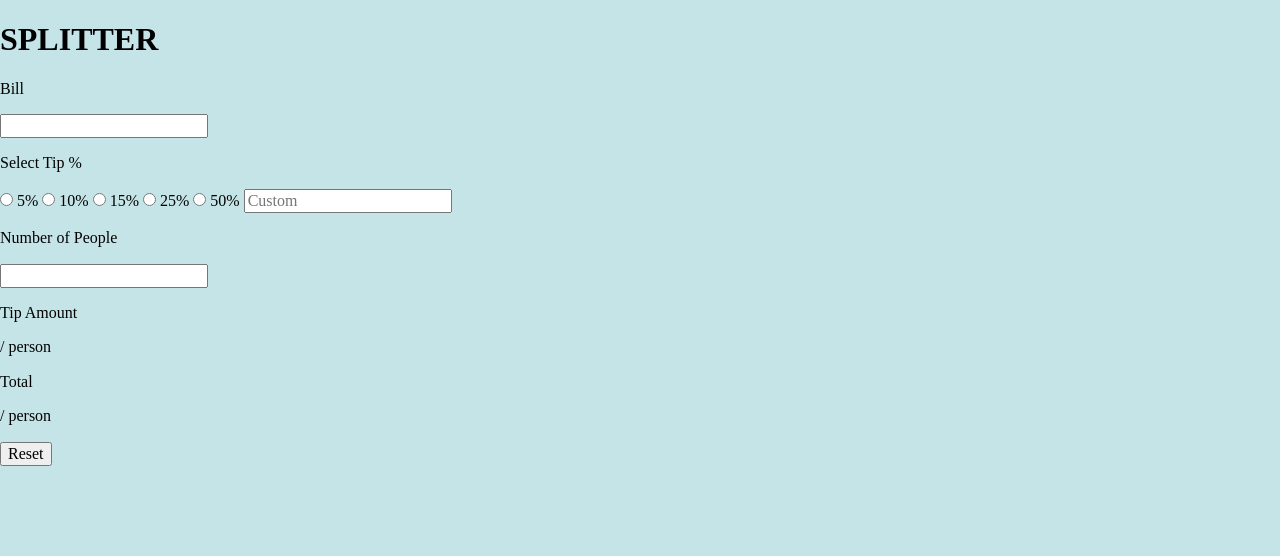
Repository: Jay-JYKim91/FM_tip-calculator
Page: index.html
An editor plug-in stored every save of this project. The page is shown before and after the next save, followed by the edit.
The browser window is 1280 px wide. The pictures show the whole page.

Above is the page before, as saved 2021-12-21 12:44:55.

### index.html
<!DOCTYPE html>
<html lang="en">
<head>
  <meta charset="UTF-8">
  <meta name="viewport" content="width=device-width, initial-scale=1.0"> <!-- displays site properly based on user's device -->

  <link rel="icon" type="image/png" sizes="32x32" href="./images/favicon-32x32.png">

  <title>Tip calculator</title>
  <link rel="preconnect" href="https://fonts.googleapis.com">
  <link rel="preconnect" href="https://fonts.gstatic.com" crossorigin>
  <link href="https://fonts.googleapis.com/css2?family=Space+Mono:wght@400;700&display=swap" rel="stylesheet">
  <link rel="stylesheet" href="https://cdnjs.cloudflare.com/ajax/libs/normalize/8.0.1/normalize.min.css" integrity="sha512-NhSC1YmyruXifcj/KFRWoC561YpHpc5Jtzgvbuzx5VozKpWvQ+4nXhPdFgmx8xqexRcpAglTj9sIBWINXa8x5w==" crossorigin="anonymous" referrerpolicy="no-referrer" />
  <link rel="stylesheet" href="style.css">
  <script src="main.js" defer></script>

</head>
<body>
  <main class="container">
    <h1 class="main-title">SPLITTER</h1>
    <section class="calculator-wrapper">
      <article class="input-wrapper">
        <div>
          <p class="title">Bill</p>
          <input type="text">
        </div>
        <div>
          <p class="title">Select Tip %</p>
          <input type="radio" id="5%" name="percentage">
          <label for="5%">5%</label>
          <input type="radio" id="10%" name="percentage">
          <label for="10%">10%</label>
          <input type="radio" id="15%" name="percentage">
          <label for="15%">15%</label>
          <input type="radio" id="25%" name="percentage">
          <label for="25%">25%</label>
          <input type="radio" id="50%" name="percentage">
          <label for="50%">50%</label>
          <input type="text" placeholder="Custom">
        </div>
        <div>
          <p class="title">Number of People</p>
          <input type="text">
        </div>
      </article>
      <article class="result_wrapper">
        <div class="result_rows">
          <div class="result_row">
            <div class="result_title_wrapper">
              <p class="title">Tip Amount</p>
              <p class="subtitle">/ person</p>
            </div>
            <p id="tipAmountPrice"></p>
          </div>
          <div class="result_row">
            <div class="result_title_wrapper">
              <p class="title">Total</p>
              <p class="subtitle">/ person</p>
            </div>
            <p id="totalPrice"></p>
          </div>
        </div>
        <div>
          <button>Reset</button>
        </div>
      </article>
    </section>
  </main>
</body>
</html>

### style.css
:root {
  --body-font: "Space Mono", monospace;

  --strong-cyan: hsl(172, 67%, 45%);
  --very-dark-cyan: hsl(183, 100%, 15%);
  --dark-grayish-cyan: hsl(186, 14%, 43%);
  --dark-grayish-cyan: hsl(184, 14%, 56%);
  --light-grayish-cyan1: hsl(185, 41%, 84%);
  --light-grayish-cyan2: hsl(189, 41%, 97%);
  --white: hsl(0, 0%, 100%);
}
body {
  background-color: var(--light-grayish-cyan1);
}
.container {
}
/* Tablet size */
@media (min-width: 768px) and (max-width: 1023px) {
}

/* Mobile size */
@media (max-width: 767px) {
}

Loaded but not shown: main.js (empty)

After the next save:
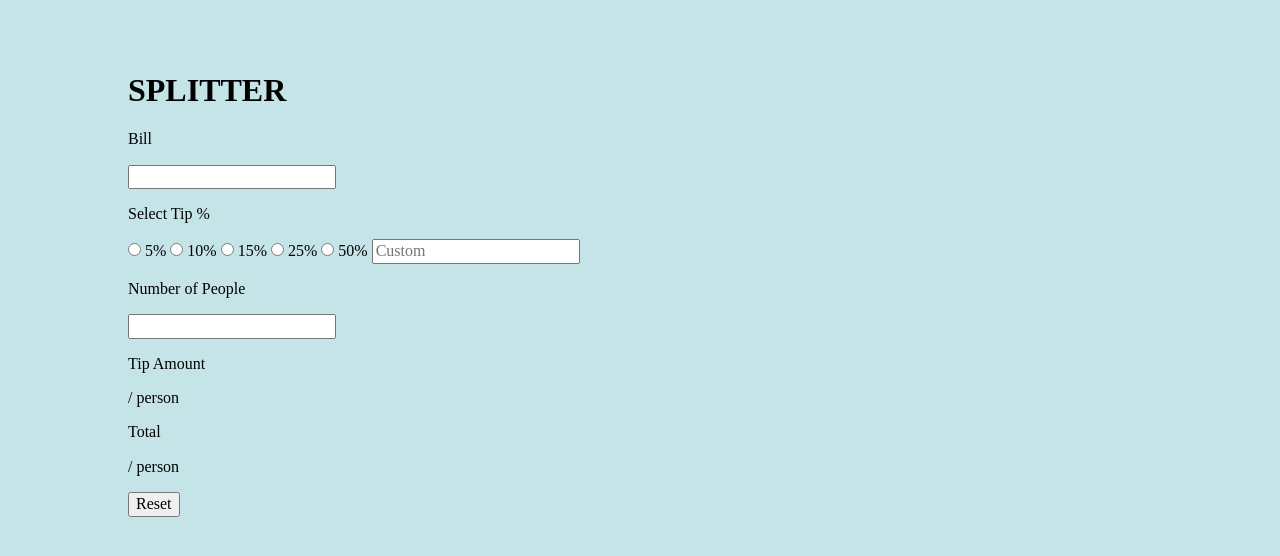
Saved 2 min 32 s later.
--- a/style.css
+++ b/style.css
@@ -13,6 +13,7 @@ body {
   background-color: var(--light-grayish-cyan1);
 }
 .container {
+  margin: 10vh 10vw;
 }
 /* Tablet size */
 @media (min-width: 768px) and (max-width: 1023px) {
